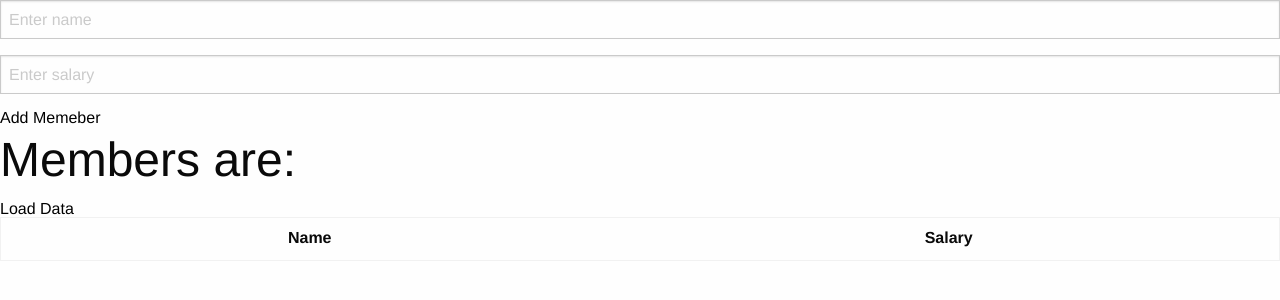
Repository: dhileepankruschev/spring-training
Page: http://localhost/Member/
These files come from the project's save history. The page is drawn as it stood at one moment and after the next save; the edit follows.
The browser window is 1280 px wide. The pictures show the whole page.
Some web libraries are served in a nearby version. The page is served by Tomcat 9. Nobody is signed in. The application's start-up code is not run.

Above is the page before, as saved 2016-06-29 05:01:45.

After the next save:
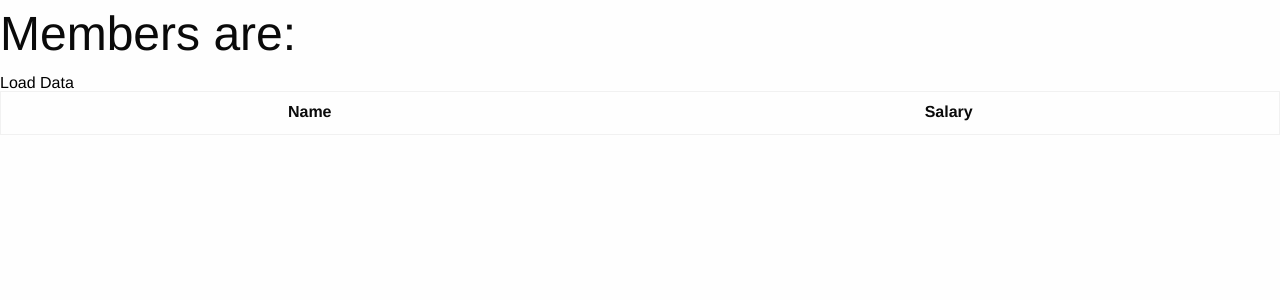
Saved 9 s later.
--- a/Member/src/main/webapp/index.jsp
+++ b/Member/src/main/webapp/index.jsp
@@ -11,9 +11,7 @@
 <body ng-app="myApp" ng-controller="myController">
 
 
-<input type=text ng-model="member.name" placeholder="Enter name"/>
-<input type=text ng-model="member.salary" placeholder="Enter salary"/>
-<button ng-click="addMember()">Add Memeber</button>
+
 
 	<h1>Members are:</h1>
 	<button ng-click="loadData()">Load Data</button>
